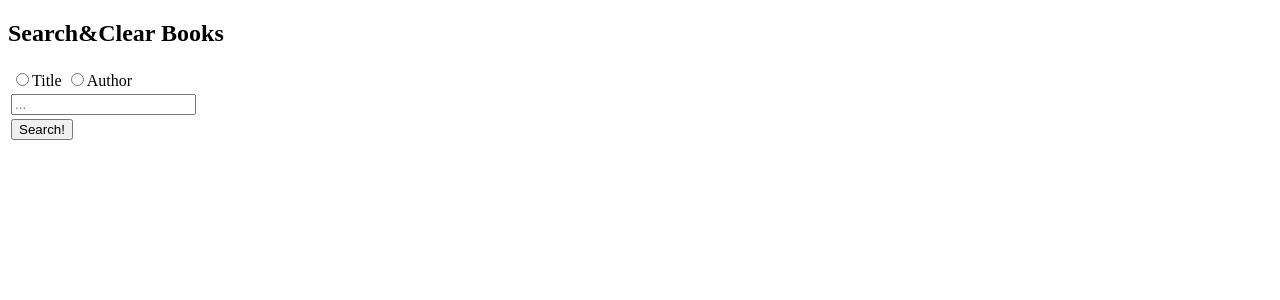
Repository: trangtruc/Java_NangCao
Page: http://localhost/Demo_Database/form.jsp
An editor plug-in stored every save of this project. The page is shown before and after the next save, followed by the edit.
The browser window is 1280 px wide. The pictures show the whole page.
The page is served by Tomcat 9. Other server files are loaded and not shown.

Above is the page before, as saved 2017-03-11 17:37:34.

### Buoi4/Demo_Database/WebContent/form.jsp
<%@ page language="java" contentType="text/html; charset=ISO-8859-1"
    pageEncoding="ISO-8859-1"%>
<!DOCTYPE html PUBLIC "-//W3C//DTD HTML 4.01 Transitional//EN" "http://www.w3.org/TR/html4/loose.dtd">
<html>
<head>
<meta http-equiv="Content-Type" content="text/html; charset=ISO-8859-1">
<title>Insert title here</title>
</head>
<body>
	<h2>Search&Clear Books</h2>
	<form method="POST" action="Access">
	<table>
		<tr>
			<td>
				<input type="radio" name="ra" value="title"/>Title
				<input type="radio" name="ra" value="author"/>Author
			</td>
		</tr>
		<tr>
			<td>
				<input type="text" name="timkiem" placeholder="..."/>
			</td>
		</tr>
		<tr>
			<td>
				<input type="submit" value="Search!" />

			</td>
		</tr>

	</table>
	</form>

</body>
</html>

After the next save:
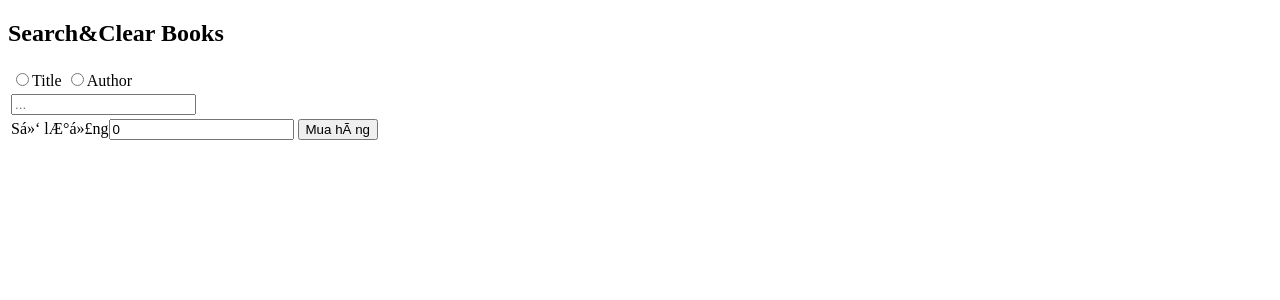
Saved 4 min 47 s later.
--- a/Buoi4/Demo_Database/WebContent/form.jsp
+++ b/Buoi4/Demo_Database/WebContent/form.jsp
@@ -23,7 +23,9 @@
 		</tr>
 		<tr>
 			<td>
-				<input type="submit" value="Search!" />
+				Số lượng<input name="soluong" value="0" id="sl"/>
+            <input type="hidden" name="action" value="muahang"/>
+            <input type="submit" value="Mua hàng" onclick="return kt()"/>
 
 			</td>
 		</tr>
